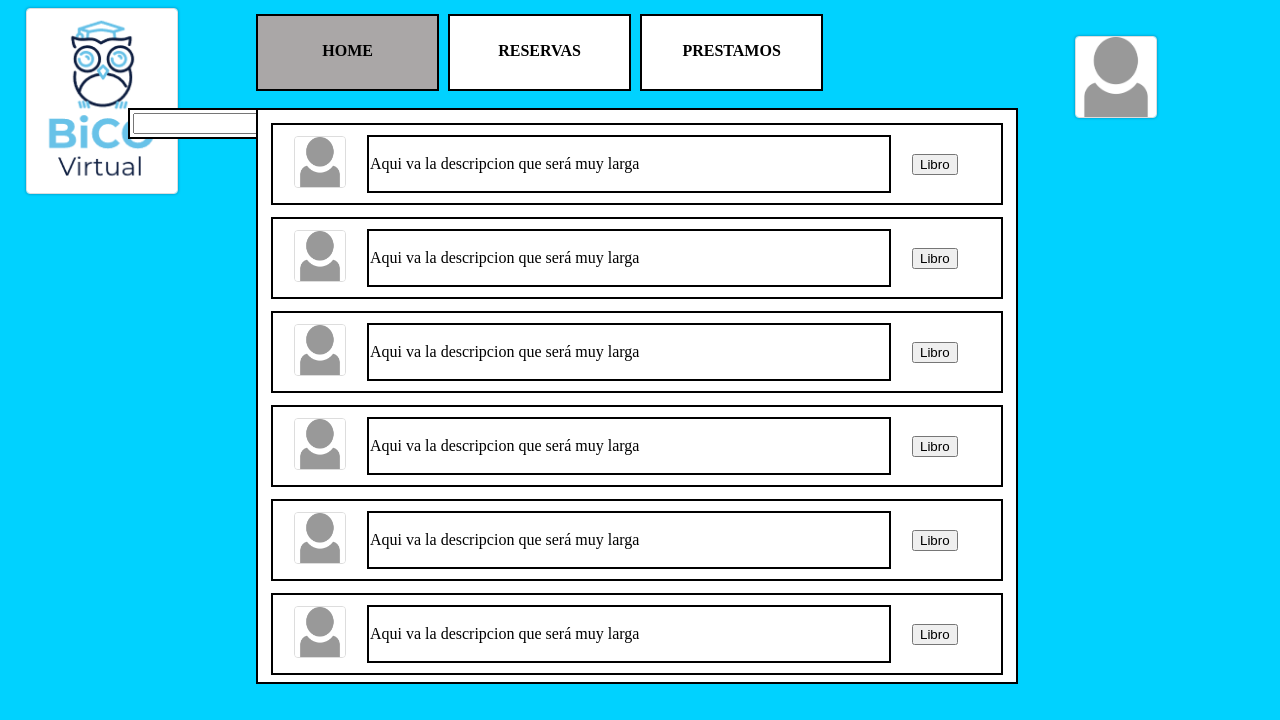
Repository: i72frpeu/IW_Bien
Page: http://localhost/Trabajo_IW/Home (Admin).jsp
The author's editor kept a copy of each file at every save. The page is drawn from the files as they stood at one save, then again after the next save.
The browser window is 1280 px wide. The pictures show the whole page.
An inner scrolling area shows only its first screen. The page is served by Tomcat 9.

Above is the page before, as saved 2020-05-16 17:36:58.

After the next save:
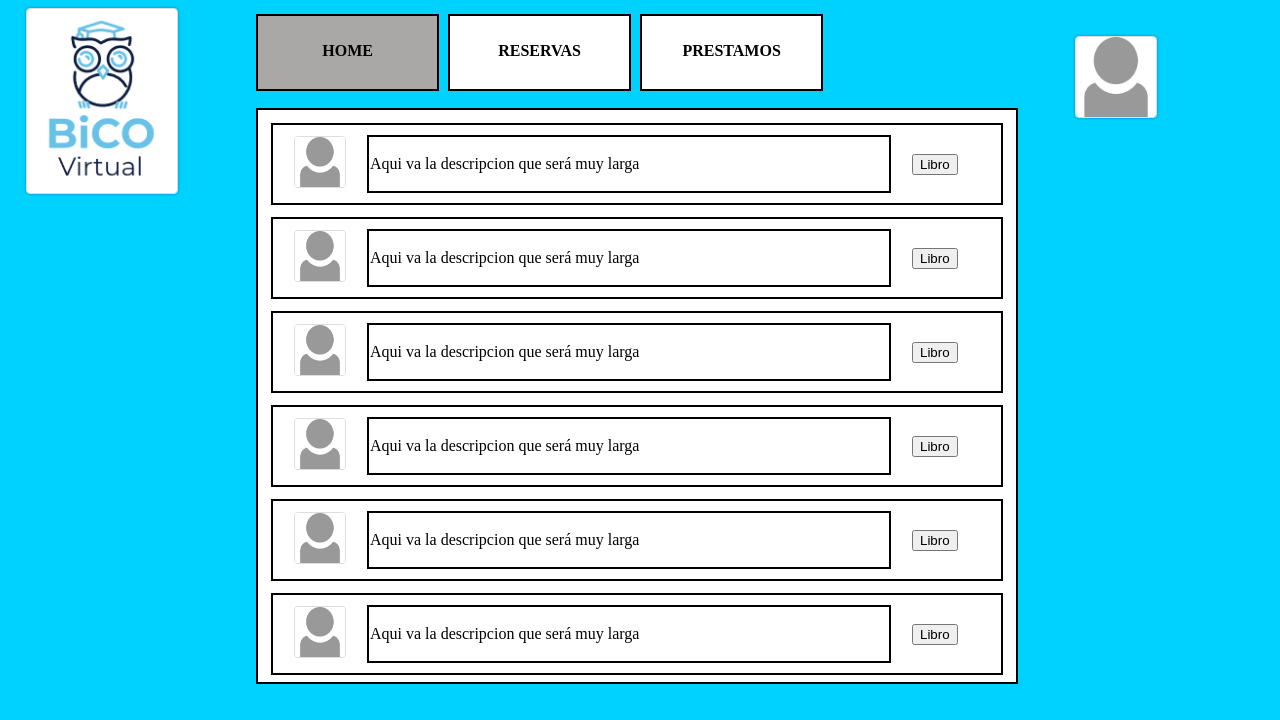
Saved 19 s later.
--- a/WorkSpace/Trabajo IW/WebContent/CSS/wf4.0.css
+++ b/WorkSpace/Trabajo IW/WebContent/CSS/wf4.0.css
@@ -9,5 +9,5 @@ div.buscador
 	border: 2px solid black;
 	position: fixed;
 	top: 15%;
-	left: 10%;
+	left: 30%;
 }
